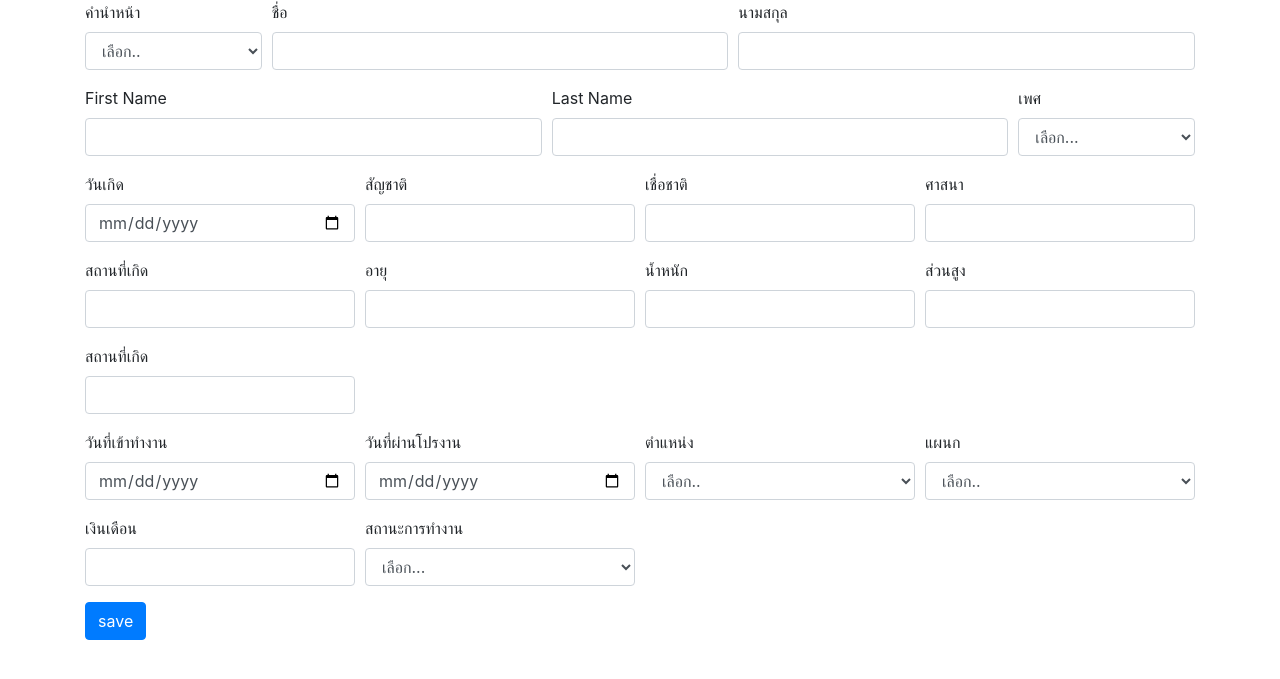
Repository: p2job/javawebapp
Page: http://localhost/demojsp/insert.jsp
An editor plug-in stored every save of this project. The page is shown before and after the next save, followed by the edit.
The browser window is 1280 px wide. The pictures show the whole page.
The page is served by Tomcat 9. Queries for data that is not in the repository find no rows.

Above is the page before, as saved 2020-07-31 07:20:47.

### demojsp/WebContent/insert.jsp
<%@page contentType="text/html" pageEncoding="UTF-8"%>
<%@ page import="java.sql.*"  %>
<!DOCTYPE html>
<html>

<head>
    <meta http-equiv="Content-Type" content="text/html; charset=UTF-8">
    <meta name="viewport" content="width=device-width, initial-scale=1, shrink-to-fit=no">
    <link rel="stylesheet" href="https://stackpath.bootstrapcdn.com/bootstrap/4.5.0/css/bootstrap.min.css" integrity="sha384-9aIt2nRpC12Uk9gS9baDl411NQApFmC26EwAOH8WgZl5MYYxFfc+NcPb1dKGj7Sk" crossorigin="anonymous">
    <title>Insert Employee</title>
</head>

<body>
    <div class="container">
        <form action="insert.jsp" method="post">
            <div class="form-row">
                <div class="form-group col-md-2">
                    <label for="inputName_Prefix">คำนำหน้า</label>
                    <select id="Name_Prefix" class="form-control" name="Name_Prefix">
                        <option selected>เลือก..</option>
                        <option value="นาย">นาย</option>
                        <option value="นาง">นาง</option>
                        <option value="นางสาว">นางสาว</option>
                    </select>
                </div>
                <div class="form-group col-md-5">
                    <label for="inputFirst_Name">ชื่อ</label>
                    <input type="text" class="form-control" id="First_Name" name="First_Name">
                </div>
                <div class="form-group col-md-5">
                    <label for="inputLast_Name">นามสกุล</label>
                    <input type="text" class="form-control" id="Last_Name" name="Last_Name">
                </div>
            </div>
            <div class="form-row">
                <div class="form-group col-md-5">
                    <label for="inputFirst_Name_Eng">First Name</label>
                    <input type="text" class="form-control" id="First_Name_Eng" name="First_Name_Eng">
                </div>
                <div class="form-group col-md-5">
                    <label for="inputLast_Name_Eng">Last Name</label>
                    <input type="text" class="form-control" id="Last_Name_Eng" name="Last_Name_Eng">
                </div>
                <div class="form-group col-md-2">
                    <label for="inputSex">เพศ</label>
                    <select id="Sex" class="form-control" name="Sex">
                        <option selected>เลือก...</option>
                        <option value="M">ชาย</option>
                        <option value="F">หญิง</option>
                    </select>
                </div>
            </div>
            <div class="form-row">
                <div class="form-group col-md-3">
                    <label for="inputBirth_Date">วันเกิด</label>
                    <input type="date" class="form-control" id="Birth_Date" name="Birth_Date">
                </div>
                <div class="form-group col-md-3">
                    <label for="inputPhone_Number">สัญชาติ</label>
                    <input type="text" class="form-control" id="Phone_Number" name="Phone_Number">
                </div>
                <div class="form-group col-md-3">
                    <label for="inputPhone_Number">เชื่อชาติ</label>
                    <input type="text" class="form-control" id="Phone_Number" name="Phone_Number">
                </div>
                <div class="form-group col-md-3">
                    <label for="inputPhone_Number">ศาสนา</label>
                    <input type="text" class="form-control" id="Phone_Number" name="Phone_Number">
                </div>
            </div>
            <div class="form-row">
                <div class="form-group col-md-3">
                    <label for="inputBirth_Date">สถานที่เกิด</label>
                    <input type="text" class="form-control" id="Birth_Date" name="Birth_Date">
                </div>
                <div class="form-group col-md-3">
                    <label for="inputPhone_Number">อายุ</label>
                    <input type="text" class="form-control" id="Phone_Number" name="Phone_Number">
                </div>
                <div class="form-group col-md-3">
                    <label for="inputPhone_Number">น้ำหนัก</label>
                    <input type="text" class="form-control" id="Phone_Number" name="Phone_Number">
                </div>
                <div class="form-group col-md-3">
                    <label for="inputPhone_Number">ส่วนสูง</label>
                    <input type="text" class="form-control" id="Phone_Number" name="Phone_Number">
                </div>
            </div>
            <div class="form-row">
                <div class="form-group col-md-3">
                    <label for="inputBirth_Date">สถานที่เกิด</label>
                    <input type="text" class="form-control" id="Birth_Date" name="Birth_Date">
                </div>
            </div>
            <div class="form-row">
                <div class="form-group col-md-3">
                    <label for="inputHire_Date">วันที่เข้าทำงาน</label>
                    <input type="date" class="form-control" id="Hire_Date" name="Hire_Date">
                </div>
                <div class="form-group col-md-3">
                    <label for="inputProbation_Date">วันที่ผ่านโปรงาน</label>
                    <input type="date" class="form-control" id="Probation_Date" name="Probation_Date">
                </div>
                <div class="form-group col-md-3">
                <%
	Connection connect = null;
	ResultSet rec = null;
	Statement s= null;

	try {
		Class.forName("com.mysql.jdbc.Driver");
		connect =  DriverManager.getConnection("jdbc:mysql://localhost/employee" +
				"?user=root&password=");
		s = connect.createStatement();
		String sql="SELECT * FROM position";
		rec=s.executeQuery(sql);


	} catch (Exception e) {
		// TODO Auto-generated catch block
		out.println(e.getMessage());
		e.printStackTrace();
	}

	%>
                    <label for="inputPosition_ID">ตำแหน่ง</label>
                    <select id="Position_ID" class="form-control" name="Position_ID">
                        <option selected>เลือก..</option>
                        <% while((rec!=null)&&(rec.next())) {%>
                        <option value="<%= rec.getString("Position_ID") %>"><%= rec.getString("Position_Name") %></option>
                         <% } %>
                    </select>
                </div>
                <%
	try {
		Class.forName("com.mysql.jdbc.Driver");
		connect =  DriverManager.getConnection("jdbc:mysql://localhost/employee" +
				"?user=root&password=");
		s = connect.createStatement();
		String sql="SELECT * FROM department";
		rec=s.executeQuery(sql);


	} catch (Exception e) {
		// TODO Auto-generated catch block
		out.println(e.getMessage());
		e.printStackTrace();
	}

	%>
                <div class="form-group col-md-3">
                    <label for="inputDepartment_ID">แผนก</label>
                    <select id="Department_ID" class="form-control" name="Department_ID">
                        <option selected>เลือก..</option>
                        <% while((rec!=null)&&(rec.next())) {%>
                        <option value="<%= rec.getString("Department_ID") %>"><%= rec.getString("Department_Name") %></option>
                         <% } %>
                    </select>
                </div>
            </div>
            <div class="form-row">
                <div class="form-group col-md-3">
                    <label for="inputSalary">เงินเดือน</label>
                    <input type="text" class="form-control" id="Salary" name="Salary">
                </div>
                <div class="form-group col-md-3">
                    <label for="inputStatus">สถานะการทำงาน</label>
                    <select id="Status" class="form-control" name="Status">
                        <option selected>เลือก...</option>
                        <option value="2">ทำงานอยู่</option>
                        <option value="1">พักงาน</option>
                        <option value="0">ลาออก</option>
                    </select>
                </div>
            </div>
            <button type="submit" class="btn btn-primary">save</button>
        </form>
    </div>


    <script src="https://code.jquery.com/jquery-3.5.1.slim.min.js" integrity="sha384-DfXdz2htPH0lsSSs5nCTpuj/zy4C+OGpamoFVy38MVBnE+IbbVYUew+OrCXaRkfj" crossorigin="anonymous"></script>
    <script src="https://cdn.jsdelivr.net/npm/popper.js@1.16.0/dist/umd/popper.min.js" integrity="sha384-Q6E9RHvbIyZFJoft+2mJbHaEWldlvI9IOYy5n3zV9zzTtmI3UksdQRVvoxMfooAo" crossorigin="anonymous"></script>
    <script src="https://stackpath.bootstrapcdn.com/bootstrap/4.5.0/js/bootstrap.min.js" integrity="sha384-OgVRvuATP1z7JjHLkuOU7Xw704+h835Lr+6QL9UvYjZE3Ipu6Tp75j7Bh/kR0JKI" crossorigin="anonymous"></script>
</body>

</html>

After the next save:
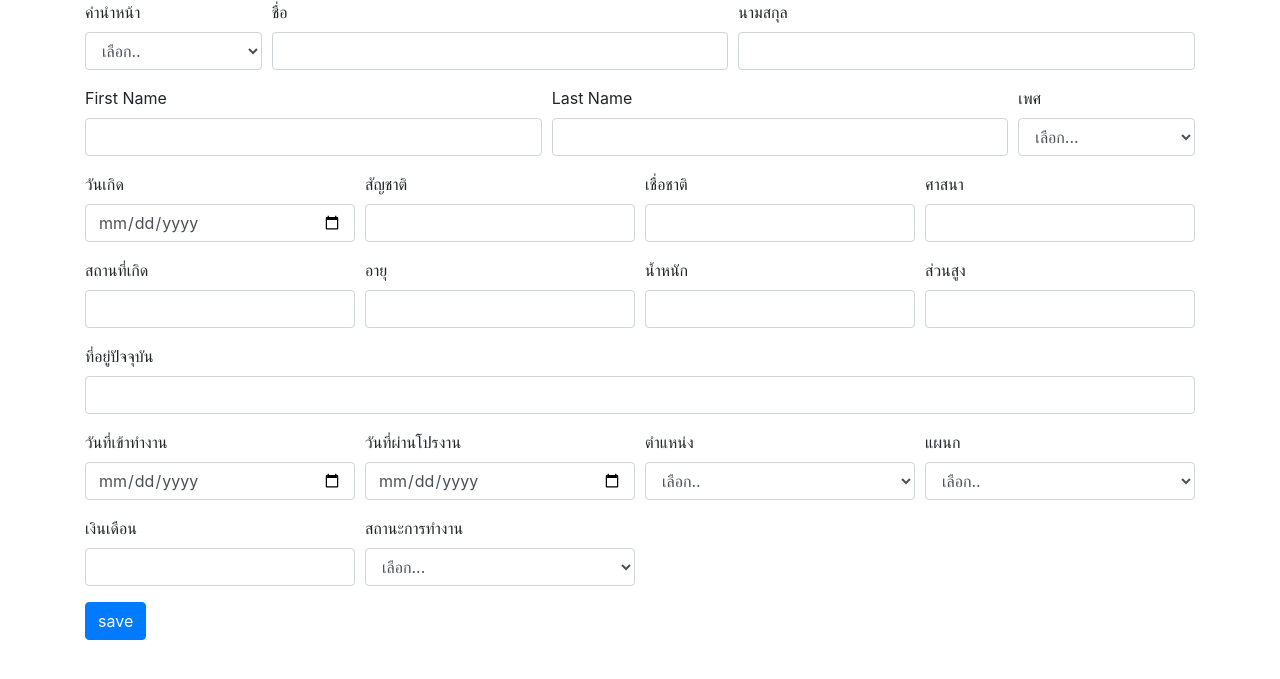
Saved 33 s later.
--- a/demojsp/WebContent/insert.jsp
+++ b/demojsp/WebContent/insert.jsp
@@ -87,8 +87,8 @@
                 </div>
             </div>
             <div class="form-row">
-                <div class="form-group col-md-3">
-                    <label for="inputBirth_Date">สถานที่เกิด</label>
+                <div class="form-group col-md-12">
+                    <label for="inputBirth_Date">ที่อยู่ปัจจุบัน</label>
                     <input type="text" class="form-control" id="Birth_Date" name="Birth_Date">
                 </div>
             </div>

After the save that followed:
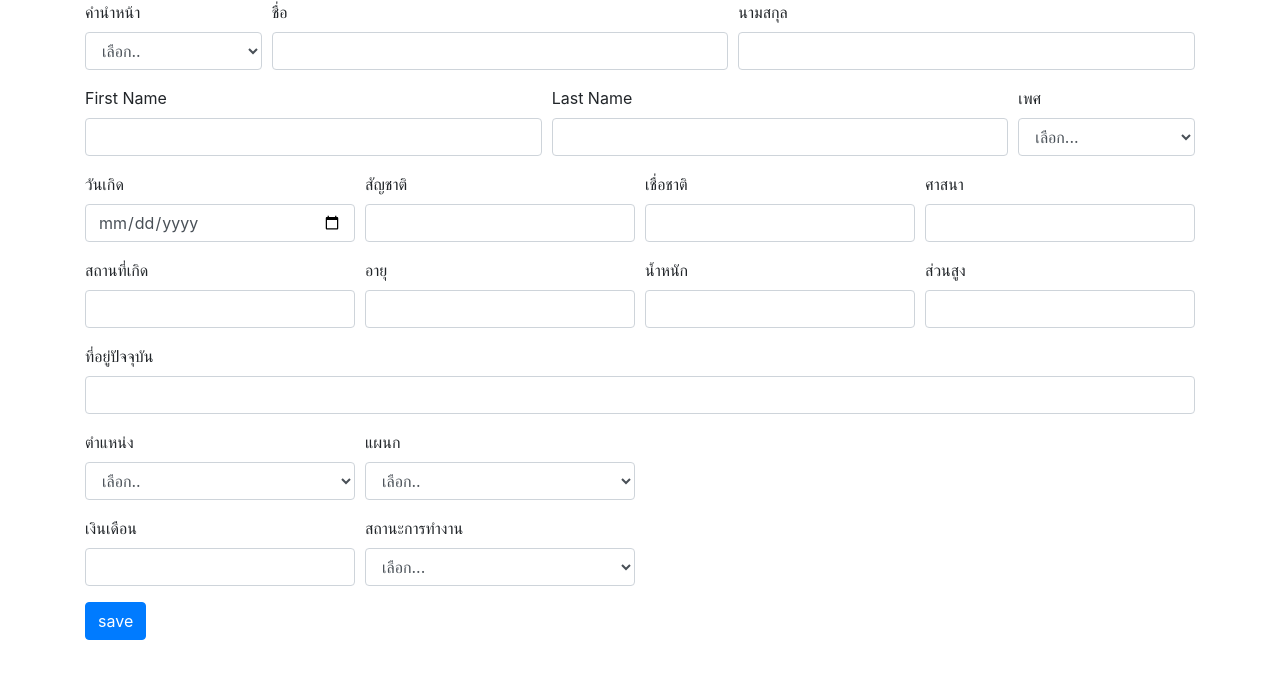
Saved 27 s later.
--- a/demojsp/WebContent/insert.jsp
+++ b/demojsp/WebContent/insert.jsp
@@ -94,14 +94,6 @@
             </div>
             <div class="form-row">
                 <div class="form-group col-md-3">
-                    <label for="inputHire_Date">วันที่เข้าทำงาน</label>
-                    <input type="date" class="form-control" id="Hire_Date" name="Hire_Date">
-                </div>
-                <div class="form-group col-md-3">
-                    <label for="inputProbation_Date">วันที่ผ่านโปรงาน</label>
-                    <input type="date" class="form-control" id="Probation_Date" name="Probation_Date">
-                </div>
-                <div class="form-group col-md-3">
                 <%
 	Connection connect = null;
 	ResultSet rec = null;
